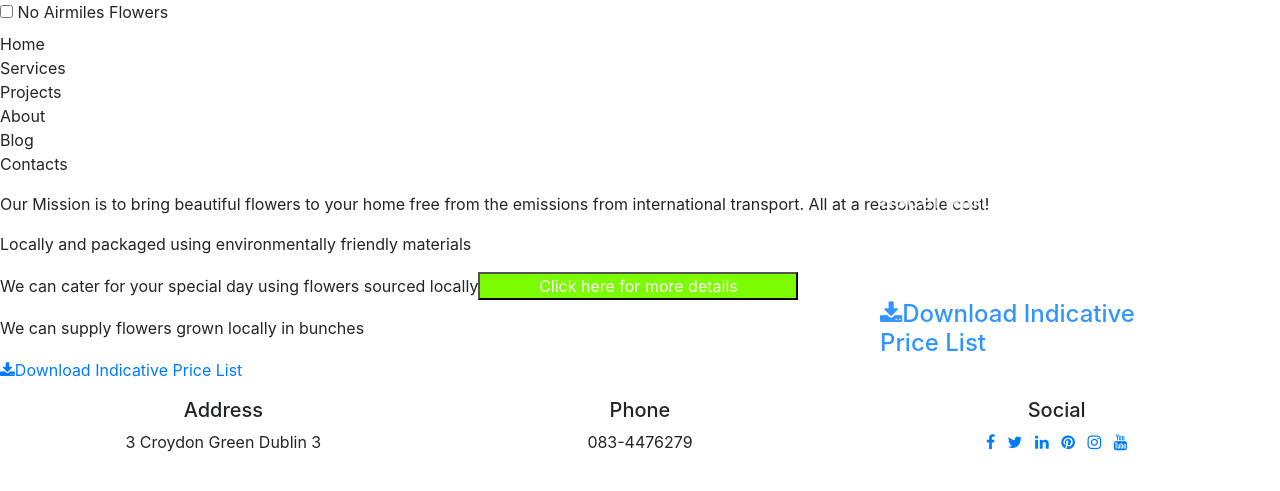
Repository: ConorTC1990/Flowers
Page: weddings.html
The author's editor kept a record of every edit. The page is drawn from the files as they stood at one moment, then again after the next edit.
The browser window is 1280 px wide. The pictures show the whole page.
Some web libraries are served in a nearby version.

Above is the page before.

### weddings.html
<!DOCTYPE html>
<html lang="en">
    <div class= "containerweddings">
<head>
    <meta charset="UTF-8">
    <meta name="viewport" content="width=device-width, initial-scale=1.0">
    <meta http-equiv="X-UA-Compatible" content="ie=edge">
    <link rel="stylesheet" href="https://maxcdn.bootstrapcdn.com/bootstrap/4.2.1/css/bootstrap.min.css" type="text/css" />
    <link rel="stylesheet" href="https://maxcdn.bootstrapcdn.com/font-awesome/4.7.0/css/font-awesome.min.css" type="text/css" />
    <link rel="stylesheet" href="https://cdnjs.cloudflare.com/ajax/libs/hover.css/2.1.1/css/hover-min.css" type="text/css" />
    <link rel="stylesheet" href="assets/css/style.css">
    <title>No Airmiles Flowers</title>
</head>
<body>
<div class="collapsible-menu">
            <input type="checkbox" id="menu">
            <label for="menu">No Airmiles Flowers</label>
            <div class="menu-content">
                <ul>
                    <li><a href="#"></a>Home</li>
                    <li><a href="#"></a>Services</li>
                    <li><a href="#"></a>Projects</li>
                    <li><a href="#"></a>About</li>
                    <li><a href="#"></a>Blog</li>
                    <li><a href="#"></a>Contacts</li>
                </ul>
            </div>
        </div>


   <div class="WeddingsBackground">
         <h4 class="callout">
            This is your day, remember everything is bespoke! We can ascertain what works for you best
        </h4>
    <h4 class="callout2">
            We will meet you at the venue in order to help you decide what works best for you on your budget
        </h4>
         <h4 class="callout3">
           <a href="assets/Indicative Price List.pdf" target="_blank" class="hvr-sweep-to-bottom"><i class="fa fa-download" aria-hidden="true"></i><span>Download Indicative Price List</span></a>
        </h4>
        </div>

       <div class="videoclass2weddings">
		    <div class=videoclass2weddings>
		        <ul>
		            <p><li> Our Mission is to bring beautiful flowers to your home free from the emissions from international transport. All at a reasonable cost!</li></p>
		            <p><li> Locally and packaged using environmentally friendly materials</li></p>
		            <p><li>We can cater for your special day using flowers sourced locally<span class"buttonsticky"><button class= "button">Click here for more details</button></span></li></p>
		            <p><li>We can supply flowers grown locally in bunches</li></p>
		            <a href="assets/Indicative Price List" target="_blank" class="hvr-sweep-to-bottom"><i class="fa fa-download" aria-hidden="true"></i><span>Download Indicative Price List</span></a>
		        </ul>
		    </div>
		</div>
</div>

    <div class="wreathfooter container-fluid">
<footer class="container-fluid wreathfooter">
        <div id="footer-details" class="row">
            <div class="col-sm-4">
                <h5 class="uppercase general-sub">Address</h5>
                <p class="inline-block">
                    3 Croydon Green
                    Dublin 3
                </p>
            </div>
            <div class="col-sm-4">
                <h5 class="uppercase general-sub">Phone</h5>
                <p class="inline-block">
                    083-4476279

                    </a>
                </p>
            </div>
            <div class="col-sm-4">
                <h5 class="uppercase general-sub">Social</h5>
                <ul class="list-inline social-links">
                    <li class="list-inline-item">
                        <a target="_blank" href="#">
                            <i class="fa fa-facebook" aria-hidden="true"></i>
                            <span class="sr-only">Facebook</span>
                        </a>
                    </li>
                    <li class="list-inline-item">
                        <a target="_blank" href="#">
                            <i class="fa fa-twitter" aria-hidden="true"></i>
                            <span class="sr-only">Twitter</span>
                        </a>
                    </li>
                    <li class="list-inline-item">
                        <a target="_blank" href="#">
                            <i class="fa fa-linkedin" aria-hidden="true"></i>
                            <span class="sr-only">LinkedIn</span>
                        </a>
                    </li>
                    <li class="list-inline-item">
                        <a target="_blank" href="#">
                            <i class="fa fa-pinterest" aria-hidden="true"></i>
                            <span class="sr-only">Pinterest</span>
                        </a>
                    </li>
                    <li class="list-inline-item">
                        <a target="_blank" href="#">
                            <i class="fa fa-instagram" aria-hidden="true"></i>
                            <span class="sr-only">Instagram</span>
                        </a>
                    </li>
                    <li class="list-inline-item">
                        <a target="_blank" href="#">
                            <i class="fa fa-youtube" aria-hidden="true"></i>
                            <span class="sr-only">YouTube</span>
                        </a>
                    </li>
                </ul>
            </div>
        </div>
        </div>
        </div>
    </footer>

</body>

</html>

</div>




</html>

### assets/css/style.css
@import url('https://fonts.googleapis.com/css?family=Roboto:100,200,300,400,500,600,700|Exo:100,200,300,400,500,600,700');
.mission {
	text-transform: uppercase;
	color: green;
}


/* up for deletion*/

@media (min-width: 1200px) .container {
	max-width: 100%;
}

@media (min-width: 992px) .container {
	max-width: 100%;
}

@media (min-width: 768px) .container {
	max-width: 100%;
}

@media (min-width: 576px) .container {
	max-width: 100%;
}


/* up for deletion*/


}

/* up for deletion*/
*,
*:before,
*:after {
	-webkit-box-sizing: border-box;
	-moz-box-sizing: border-box;
	box-sizing: border-box;
}
* {
	margin: 0;
	padding: 0;
}
* {
	margin: 0;
	padding: 0;
}
*,
 ::after,
 ::before {
	box-sizing: border-box;
}

}
.title {
	text-align: center;
	color: white;
}
h3 {
	text-transform: uppercase;
	text-align: center;
	color: green;
	background-color: #FF00FF;
	resize: both;
}

/* Buttons*/
.button {
	background-color: #7CFC00;
	text-align: center;
	color: white;
	width: 25%;
	transition-duration: .9s;
	transition-timing-function: ease-in-out;
	z-index: 1;
}
.button:hover {
	background-color: white;
	color: #7CFC00;
}
a:hover {
	background-color: white;
	color: #7CFC00;
}
.sr-only {
	color: white
}
.list-inline-item {
	color: white
}
.infoclass {
	background-color: transparent;
}
#myVideo {
	position: center;
	width: 100%;
	min-height: 100%;
	padding-bottom: 0px;
	padding-right: 0px;
	padding-left: 0px;
}
.col-sm-4 {
	text-align: center;
	border-color: #FF00FF;
}

/* Callout box - fixed position at the bottom of the page */
.callout {
	position:fixed;
	top: 100px;
	right: 100px;
	margin-left: 20px;
	max-width: 300px;
	color: white;
	opacity: 0.8;
}
.callout2 {
	position:fixed;
	top: 500px;
	right: 100px;
	margin-left: 20px;
	max-width: 300px;
	color: white;
	opacity: 0.8;
}
.callout3 {
	position:fixed;
	top: 300px;
	right: 100px;
	margin-left: 250px;
	max-width: 300px;
	color: white;
	opacity: 0.8;
}

/* up for deletion*/
.callout-header {
	padding: 25px 15px;
	background: #555;
	font-size: 30px;
	color: white;
	opacity: 0.8;
}.callout-header {
	padding: 25px 15px;
	background: #555;
	font-size: 30px;
	color: white;
	opacity: 0.8;
}
.col-sm-4 {
	border-color: #FF00FF;
	padding-left: 0px;
	padding-right: 0px;
}
.container-fluid {
	alignment-baseline: text-after-edge;
	border:none;
}
.sticky {
	position: static;
	top: 0;
}
body {
	background-color: white;
	padding-left: 0px;
	padding-right: 0px;
}
.list-inline-item {
	text-align: right;
	border-color: black;
}
.address {
	text-align: right;
}
head {
	z-index: 1;
	border-collapse: collapse;
	border-color: white;
}

/* -------------- Navbar --------------- */

/* to keep Navbar in place*/


/* Page content */
.content {
	padding: 16px;
}
}
.stickytitle {
	position: fixed;
	top: 0px;
	width: 100%;
	height: 35px;
	z-index: 1;
}

/* Add some top padding to the page content to prevent sudden quick movement (as the navigation bar gets a new position at the top of the page (position:fixed and top:0) */
.sticky+.content {
	padding-top: 60px;
/* The sticky class is added to the navbar with JS when it reaches its scroll position */
.sticky {
	position: fixed;
	top: 35px;
	width: 100%;
}
.stickytitle {
	position: fixed;
	top: 0px;
	width: 100%;
	height: 35px;
	z-index: 1;
}

/* Add some top padding to the page content to prevent sudden quick movement (as the navigation bar gets a new position at the top of the page (position:fixed and top:0) */
.sticky+.content {
	padding-top: 60px;
}
.general-sub {
	background-color: black;
container-fluid sticky {
	padding-bottom: 1000px;
}
	border-color: black;
	padding-left: 0px;
	padding-right: 0px;
	padding-top: 0px;
}
.list-inline-item {
	color: white
}
title sticky {
	top: 25px
}
.buttonsticky {
	padding-right: 25px
}
.footerpin {
	position: bottom 35px
}
container-fluid sticky {
	padding-bottom: 1000px;
}

/* Footer Styles */
.social-links li a i {
	width: 32px;
	height: 32px;
	padding: 12px 0;
	border-radius: 50%;
	font-size: 13px;
	line-height: 7px;
	text-align: center;
	color: white;
	background: black;
	transition: all 0.35s ease-in-out;
	-moz-transition: all 0.35s ease-in-out;
	-webkit-transition: all 0.35s ease-in-out;
	-o-transition: all 0.35s ease-in-out;
}
.social-links li a i:hover {
	background: #7CFC00;
}
footer {
	text-align: center;
	background-color: black;
	color: white;
	text-shadow: none;
	text-transform: uppercase;
	position: fixed;
	position: absolute;
	height: 25px;
	max-height: 10%;
}
.container-fluidf {
	bottom: 10px;
}

/* Wreaths */
.WreathsBackground {
	background-image: url("../images/Wreaths.JPG");
	background-repeat: no-repeat;
	background-size: cover;
	position: absolute;
	resize: both;
	min-width: 100%;
	min-height: 60%;
	max-width: 100%;
	max-height: 60%;
	padding-top: 35px;
	padding-bottom: 60px;
	padding-right: 0px;
	padding-left: 0px;
	z-index: 0;
}

/* Contact */
.ContactBackground {
	background-image: url("../images/flowers.jpg");
	position: absolute;
	resize: both;
	background-repeat: no-repeat;
	background-size: cover;
	min-width: 100%;
	min-height: 800px;
	padding-top: 35px;
	padding-bottom: 35px;
	padding-right: 0px;
	padding-left: 0px;
	z-index: 0;
}

/* ----------- Contact  form------------------*/
.form-style-1 {
	margin:10px auto;
	max-width: 400px;
	padding: 20px 12px 10px 20px;
	font: 13px "Lucida Sans Unicode",
	"Lucida Grande",
	sans-serif;
}
.form-style-1 li {
	padding: 0;
	display: block;
	list-style: none;
	margin: 10px 0 0 0;
}
.form-style-1 label {
	margin:0 0 3px 0;
	padding:0px;
	display:block;
	font-weight: bold;
}
.form-style-1 input[type=text],
.form-style-1 input[type=date],
.form-style-1 input[type=datetime],
.form-style-1 input[type=number],
.form-style-1 input[type=search],
.form-style-1 input[type=time],
.form-style-1 input[type=url],
.form-style-1 input[type=email],
textarea,
select {
	box-sizing: border-box;
	-webkit-box-sizing: border-box;
	-moz-box-sizing: border-box;
	border:1px solid #BEBEBE;
	padding: 7px;
	margin:0px;
	-webkit-transition: all 0.30s ease-in-out;
	-moz-transition: all 0.30s ease-in-out;
	-ms-transition: all 0.30s ease-in-out;
	-o-transition: all 0.30s ease-in-out;
	outline: none;
}
.form-style-1 input[type=text]:focus,
.form-style-1 input[type=date]:focus,
.form-style-1 input[type=datetime]:focus,
.form-style-1 input[type=number]:focus,
.form-style-1 input[type=search]:focus,
.form-style-1 input[type=time]:focus,
.form-style-1 input[type=url]:focus,
.form-style-1 input[type=email]:focus,
.form-style-1 textarea:focus,
.form-style-1 select:focus {
	-moz-box-shadow: 0 0 8px #88D5E9;
	-webkit-box-shadow: 0 0 8px #88D5E9;
	box-shadow: 0 0 8px #88D5E9;
	border: 1px solid #88D5E9;
}
.form-style-1 .field-divided {
	width: 49%;
}
.form-style-1 .field-long {
	width: 100%;
}
.form-style-1 .field-select {
	width: 100%;
}
.form-style-1 .field-textarea {
	height: 100px;
}
.form-style-1 input[type=submit],
.form-style-1 input[type=button] {
	background: #4B99AD;
	padding: 8px 15px 8px 15px;
	border: none;
	color: #fff;
}
.form-style-1 input[type=submit]:hover,
.form-style-1 input[type=button]:hover {
	background: #4691A4;
	box-shadow:none;
	-moz-box-shadow:none;
	-webkit-box-shadow:none;
}
.form-style-1 .required {
	color:red;
}

/* ----------- Contact  form------------------*/

/* ----------- Weddings Background------------------*/
.WeddingsBackground {
	background-image: url("../images/Weddings.PNG");
	position: fixed;
	resize: both;
	padding-top: 35px;
	padding-bottom: 35px;
	padding-right: 0px;
	padding-left: 0px;
	z-index: -1;
	max-width : 100%;
	max-height: 50%;
	min-width: 100%;
	min-height: 50%;
}

/* ----------- Weddings Background------------------*/

/* ----------- Menu Bar------------------*/
.menu-content {
	font-family: 'Oswald',
	sans-serif;
	padding: 0 0 0 50px;
}
.collapsible-menu {
	background-color: rgb(255,
	255,
	255);
	padding: 0px 30px;
	border-bottom: 3px solid #CDE700;
	box-shadow: 1px 2px 3px rgba(0,
	0,
	0,
	0.2);
	opacity: 1;
}
.collapsible-menu ul {
	list-style-type: none;
	padding: 0;
}
.collapsible-menu a {
	display:block;
	padding: 10px;
	text-decoration: none;
}
.collapsible-menu label {
	font-family: 'Sedgwick Ave Display',
	cursive;
	font-size: 40px;
	display: block;
	cursor: pointer;
	background: url(../images/menu.png) no-repeat left center;
	padding: 10px 0 10px 50px;
}
input#menu {
	display: none;
}
input:checked+label {
	background-image: url(../images/close.png);
}
.menu-content {
	max-height: 0;
	overflow: hidden;
	font-family: 'Oswald',
	sans-serif;
	padding: 0 0 0 50px;
}

/* Toggle Effect */
input:checked~label {
	background-image: url(../images/close.png);
}
input:checked~.menu-content {
	max-height: 100%;
}

/* ----------- Menu Bar------------------*/

/* ----------- Consider for Deletion------------------*/

/* test */
* {
	margin: 0;
	padding: 0;
}

/* Icon 0 */
#nav-icon0 {
	width: 30px;
	height: 35px;
	position: relative;
	margin: 50px auto;
	-webkit-transform: rotate(0deg);
	-moz-transform: rotate(0deg);
	-o-transform: rotate(0deg);
	transform: rotate(0deg);
	-webkit-transition: .5s ease-in-out;
	-moz-transition: .5s ease-in-out;
	-o-transition: .5s ease-in-out;
	transition: .5s ease-in-out;
	cursor: pointer;
}

/* Icon 2 */
#nav-icon0 {}
#nav-icon0 span {
	display: block;
	position: absolute;
	height: 2px;
	width: 50%;
	background: #000;
	opacity: 1;
	-webkit-transform: rotate(0deg);
	-moz-transform: rotate(0deg);
	-o-transform: rotate(0deg);
	transform: rotate(0deg);
	-webkit-transition: .25s ease-in-out;
	-moz-transition: .25s ease-in-out;
	-o-transition: .25s ease-in-out;
	transition: .25s ease-in-out;
}
#nav-icon0 span:nth-child(even) {
	left: 50%;
	border-radius: 0 9px 9px 0;
}
#nav-icon0 span:nth-child(odd) {
	left:0px;
	border-radius: 9px 0 0 9px;
}
#nav-icon0 span:nth-child(1),
#nav-icon0 span:nth-child(2) {
	top: 0px;
}
#nav-icon0 span:nth-child(3),
#nav-icon0 span:nth-child(4) {
	top: 10px;
}
#nav-icon0 span:nth-child(5),
#nav-icon0 span:nth-child(6) {
	top: 20px;
}
#nav-icon0.open span:nth-child(1),
#nav-icon0.open span:nth-child(6) {
	-webkit-transform: rotate(45deg);
	-moz-transform: rotate(45deg);
	-o-transform: rotate(45deg);
	transform: rotate(45deg);
}
#nav-icon0.open span:nth-child(2),
#nav-icon0.open span:nth-child(5) {
	-webkit-transform: rotate(-45deg);
	-moz-transform: rotate(-45deg);
	-o-transform: rotate(-45deg);
	transform: rotate(-45deg);
}
#nav-icon0.open span:nth-child(1) {
	left: 0px;
	top: 9px;
}
#nav-icon0.open span:nth-child(2) {
	left: calc(50% - 5px);
	top: 9px;
}
#nav-icon0.open span:nth-child(3) {
	left: -50%;
	opacity: 0;
}
#nav-icon0.open span:nth-child(4) {
	left: 100%;
	opacity: 0;
}
#nav-icon0.open span:nth-child(5) {
	left: 0px;
	top: 19px;
}
#nav-icon0.open span:nth-child(6) {
	left: calc(50% - 5px);
	top: 19px;
}

/* ----------- Consider for Deletion------------------*/
* {
	margin: 0;
	padding: 0;
}

/* Icon 1 */
#nav-icon1,
#nav-icon2,
#nav-icon3,
#nav-icon4 {
	width: 60px;
	height: 45px;
	position: relative;
	margin: 50px auto;
	-webkit-transform: rotate(0deg);
	-moz-transform: rotate(0deg);
	-o-transform: rotate(0deg);
	transform: rotate(0deg);
	-webkit-transition: .5s ease-in-out;
	-moz-transition: .5s ease-in-out;
	-o-transition: .5s ease-in-out;
	transition: .5s ease-in-out;
	cursor: pointer;
}
#nav-icon1 span,
#nav-icon3 span,
#nav-icon4 span {
	display: block;
	position: absolute;
	height: 9px;
	width: 100%;
	background: #d3531a;
	border-radius: 9px;
	opacity: 1;
	left: 0;
	-webkit-transform: rotate(0deg);
	-moz-transform: rotate(0deg);
	-o-transform: rotate(0deg);
	transform: rotate(0deg);
	-webkit-transition: .25s ease-in-out;
	-moz-transition: .25s ease-in-out;
	-o-transition: .25s ease-in-out;
	transition: .25s ease-in-out;
}
#nav-icon1 span:nth-child(1) {
	top: 0px;
}
#nav-icon1 span:nth-child(2) {
	top: 18px;
}
#nav-icon1 span:nth-child(3) {
	top: 36px;
}
#nav-icon1.open span:nth-child(1) {
	top: 18px;
	-webkit-transform: rotate(135deg);
	-moz-transform: rotate(135deg);
	-o-transform: rotate(135deg);
	transform: rotate(135deg);
}
#nav-icon1.open span:nth-child(2) {
	opacity: 0;
	left: -60px;
}
#nav-icon1.open span:nth-child(3) {
	top: 18px;
	-webkit-transform: rotate(-135deg);
	-moz-transform: rotate(-135deg);
	-o-transform: rotate(-135deg);
	transform: rotate(-135deg);
}

/* Icon 2 */
#nav-icon2 {}
#nav-icon2 span {
	display: block;
	position: absolute;
	height: 9px;
	width: 50%;
	background: #d3531a;
	opacity: 1;
	-webkit-transform: rotate(0deg);
	-moz-transform: rotate(0deg);
	-o-transform: rotate(0deg);
	transform: rotate(0deg);
	-webkit-transition: .25s ease-in-out;
	-moz-transition: .25s ease-in-out;
	-o-transition: .25s ease-in-out;
	transition: .25s ease-in-out;
}
#nav-icon2 span:nth-child(even) {
	left: 50%;
	border-radius: 0 9px 9px 0;
}
#nav-icon2 span:nth-child(odd) {
	left:0px;
	border-radius: 9px 0 0 9px;
}
#nav-icon2 span:nth-child(1),
#nav-icon2 span:nth-child(2) {
	top: 0px;
}
#nav-icon2 span:nth-child(3),
#nav-icon2 span:nth-child(4) {
	top: 18px;
}
#nav-icon2 span:nth-child(5),
#nav-icon2 span:nth-child(6) {
	top: 36px;
}
#nav-icon2.open span:nth-child(1),
#nav-icon2.open span:nth-child(6) {
	-webkit-transform: rotate(45deg);
	-moz-transform: rotate(45deg);
	-o-transform: rotate(45deg);
	transform: rotate(45deg);
}
#nav-icon2.open span:nth-child(2),
#nav-icon2.open span:nth-child(5) {
	-webkit-transform: rotate(-45deg);
	-moz-transform: rotate(-45deg);
	-o-transform: rotate(-45deg);
	transform: rotate(-45deg);
}
#nav-icon2.open span:nth-child(1) {
	left: 5px;
	top: 7px;
}
#nav-icon2.open span:nth-child(2) {
	left: calc(50% - 5px);
	top: 7px;
}
#nav-icon2.open span:nth-child(3) {
	left: -50%;
	opacity: 0;
}
#nav-icon2.open span:nth-child(4) {
	left: 100%;
	opacity: 0;
}
#nav-icon2.open span:nth-child(5) {
	left: 5px;
	top: 29px;
}
#nav-icon2.open span:nth-child(6) {
	left: calc(50% - 5px);
	top: 29px;
}

/* Icon 3 */
#nav-icon3 span:nth-child(1) {
	top: 0px;
}
#nav-icon3 span:nth-child(2),
#nav-icon3 span:nth-child(3) {
	top: 18px;
}
#nav-icon3 span:nth-child(4) {
	top: 36px;
}
#nav-icon3.open span:nth-child(1) {
	top: 18px;
	width: 0%;
	left: 50%;
}
#nav-icon3.open span:nth-child(2) {
	-webkit-transform: rotate(45deg);
	-moz-transform: rotate(45deg);
	-o-transform: rotate(45deg);
	transform: rotate(45deg);
}
#nav-icon3.open span:nth-child(3) {
	-webkit-transform: rotate(-45deg);
	-moz-transform: rotate(-45deg);
	-o-transform: rotate(-45deg);
	transform: rotate(-45deg);
}
#nav-icon3.open span:nth-child(4) {
	top: 18px;
	width: 0%;
	left: 50%;
}

/* Icon 4 */
#nav-icon4 {}
#nav-icon4 span:nth-child(1) {
	top: 0px;
	-webkit-transform-origin: left center;
	-moz-transform-origin: left center;
	-o-transform-origin: left center;
	transform-origin: left center;
}
#nav-icon4 span:nth-child(2) {
	top: 18px;
	-webkit-transform-origin: left center;
	-moz-transform-origin: left center;
	-o-transform-origin: left center;
	transform-origin: left center;
}
#nav-icon4 span:nth-child(3) {
	top: 36px;
	-webkit-transform-origin: left center;
	-moz-transform-origin: left center;
	-o-transform-origin: left center;
	transform-origin: left center;
}
#nav-icon4.open span:nth-child(1) {
	-webkit-transform: rotate(45deg);
	-moz-transform: rotate(45deg);
	-o-transform: rotate(45deg);
	transform: rotate(45deg);
	top: -3px;
	left: 8px;
}
#nav-icon4.open span:nth-child(2) {
	width: 0%;
	opacity: 0;
}
#nav-icon4.open span:nth-child(3) {
	-webkit-transform: rotate(-45deg);
	-moz-transform: rotate(-45deg);
	-o-transform: rotate(-45deg);
	transform: rotate(-45deg);
	top: 39px;
	left: 8px;
}

/* ----------- Consider for Deletion------------------*/
.container {
	padding-right: 0px;
	padding-left: 0px;
	margin-right: auto;
	margin-left: auto;
}
.videoclass {
	min-height: 100%;
	min-width: 100%;
	padding-bottom: 60px;
}
@media (max-width: 40em) {
	.videoclass {
		display: none;
	}
}
@media (max-width: 40em) {
	.WreathsBackground {
		display: none;
	}
}
@media (min-width: 40em) {
	.videoclass2paddingweddings {
		display: none;
	}
}
@media (min-width: 40em) {
	.videoclass2 {
		display: none;
	}
}
@media (min-width: 40em) {
	.videoclass2wreaths {
		display: none;
	}
}
@media (max-width: 40em) {
	.callout {
		display: none;
	}
}
@media (max-width: 70em) {
	.callout2 {
		display: none;
	}
}
@media (max-width: 40em) {
	.WeddingsBackground {
		display: none;
	}
}
@media (max-width: 40em) {
	.callout3 {
		display: none;
	}
}
.videoclass2 {
	background-image:url("../images/flowers.jpg");
	width: 100%;
	height: 100%;
	min-height: 625px;
	opacity: 1;
	text-size: 30px;
	text-transform: uppercase;
	color: white;
	list-style: circle;
	line-height:!important;
	25px;
	text-align: center;
}
.videoclass2weddings {
	background-image:url("../images/wedding flowers.jpg");
	width: 100%;
	height: 100%;
	background-repeat: no-repeat;
	background-size: cover;
	min-height: 675px;
	opacity: 1;
	text-size: 30px;
	text-transform: uppercase;
	color: black;
	list-style: circle;
	line-height:!important;
	25px;
	text-align: center;
	padding-top: 30px;
	z-index: 2;
}
.videoclass2weddings {
	padding-top: 60px
}
@media (min-width: 40em) {
	.videoclass2 {
		display: none;
	}



}
.videoclass2wreaths {
	background-image:url("../images/Wreaths.1.JPG");
	width: 100%;
	height: 100%;
	min-height: 675px;
	opacity: 1;
	text-size: 30px;
	text-transform: uppercase;
	color: white;
	list-style: circle;
	line-height:!important;
	25px;
	text-align: center;
	padding-top: 35px;
}
.videoclass2weddings {
	padding-top: 0px
}
@media (min-width: 40em) {
	.videoclass2weddings {
		display: none;
	}
}
@media (max-width: 40em) {
	h4 {
		display: none;
	}
}
.container-fluid {
	width: 100%;
	padding-right: 0px;
	padding-left: 0px;
	margin-right: auto;
	margin-left: auto;
}
.wreathfooter {
    background: fixed;
    text-align: center;
    background-color: black;
    color: gold;
    text-shadow: none;
    text-transform: uppercase;
    position: relative;
    height: 80px;
    max-height: 20%;
    bottom: 0px;
}
.general-sub {
	background-color: black;
	border-color: black;
	padding-left: 0px;
	padding-right: 0px;
	padding-top: 0px;
}
.col-sm-4 {
	text-align: center;
	/* border-color: #FF00FF; */
	background-color: black;
}
.list-inline-item {
	color: black;
}
.list-inline-item {
	text-align: right;
	border-color: black;
}


body{
  display:flex;
  flex-direction:column;
}

footer{
  margin-top:auto;
}

.informationsection{position: relative}
.wreathfooter1 {
    background: fixed;
    text-align: center;
    background-color: black;
    color: gold;
    text-shadow: none;
    text-transform: uppercase;
    position: absolute;
    height: 80px;
    max-height: 20%;
    bottom: 0px;
}

.contactfooter {

    background: fixed;
    text-align: center;
    background-color: black;
    color: gold;
    text-shadow: none;
    text-transform: uppercase;
    position: fixed;
    height: 80px;
    max-height: 20%;
    bottom: 0px;
    position: fixed;
}
}

@media (max-width: 40em) {
	.contactfooter {
		display: none;
	}

	.collapsible-menu {
    background-color: rgb(255, 255, 255);
    padding: 0px 30px;
    border-bottom: 3px solid #CDE700;
    box-shadow: 1px 2px 3px rgba(0, 0, 0, 0.2);
    opacity: 1;
    z-index: 2;
}

.ContactBackground {
    background-image: url(../images/flowers.jpg);
    position: absolute;
    resize: both;
    background-repeat: no-repeat;
    background-size: cover;
    min-width: 100%;
    min-height: 800px;
    padding-top: 120px;
    padding-bottom: 35px;
    padding-right: 0px;
    padding-left: 0px;
    z-index: 0;
}

.collapsible-menu {
    background-color: rgb(255, 255, 255);
    padding: 0px 30px;
    border-bottom: 3px solid #CDE700;
    box-shadow: 1px 2px 3px rgba(0, 0, 0, 0.2);
    opacity: 1;
    z-index: 1;
}

.contactfooter {
    background: fixed;
    text-align: center;
    background-color: black;
    color: gold;
    text-shadow: none;
    text-transform: uppercase;
    position: fixed;
    height: 75px;
    max-height: 20%;
    bottom: 0px;
    position: fixed;
    z-index: 0;
}

#informationsectionwreaths {
position: relative;
    padding-bottom: 300px;
    padding-top: 835px;
    padding-right: 35px;
    z-index: 3;
}

After the next edit:
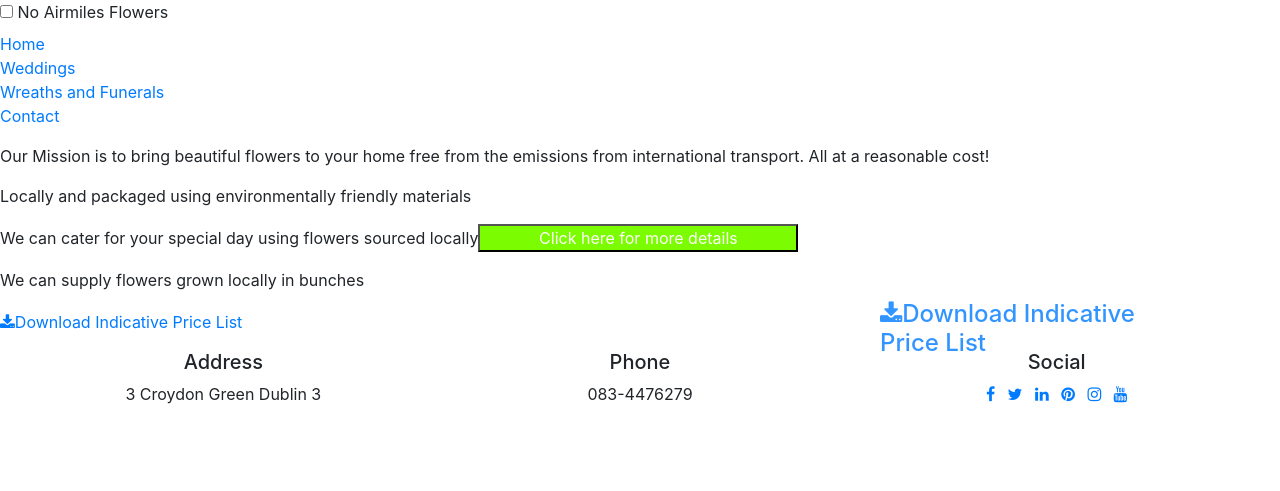
The edit:
--- a/weddings.html
+++ b/weddings.html
@@ -17,12 +17,11 @@
             <label for="menu">No Airmiles Flowers</label>
             <div class="menu-content">
                 <ul>
-                    <li><a href="#"></a>Home</li>
-                    <li><a href="#"></a>Services</li>
-                    <li><a href="#"></a>Projects</li>
-                    <li><a href="#"></a>About</li>
-                    <li><a href="#"></a>Blog</li>
-                    <li><a href="#"></a>Contacts</li>
+                         <li><a href="index.html">Home</a></li>
+                    <li><a href="weddings.html">Weddings</a></li>
+                    <li><a href="Wreaths.html">Wreaths and Funerals</a></li>
+                    <li><a href="Contactform.html">Contact</a></li>
+
                 </ul>
             </div>
         </div>
